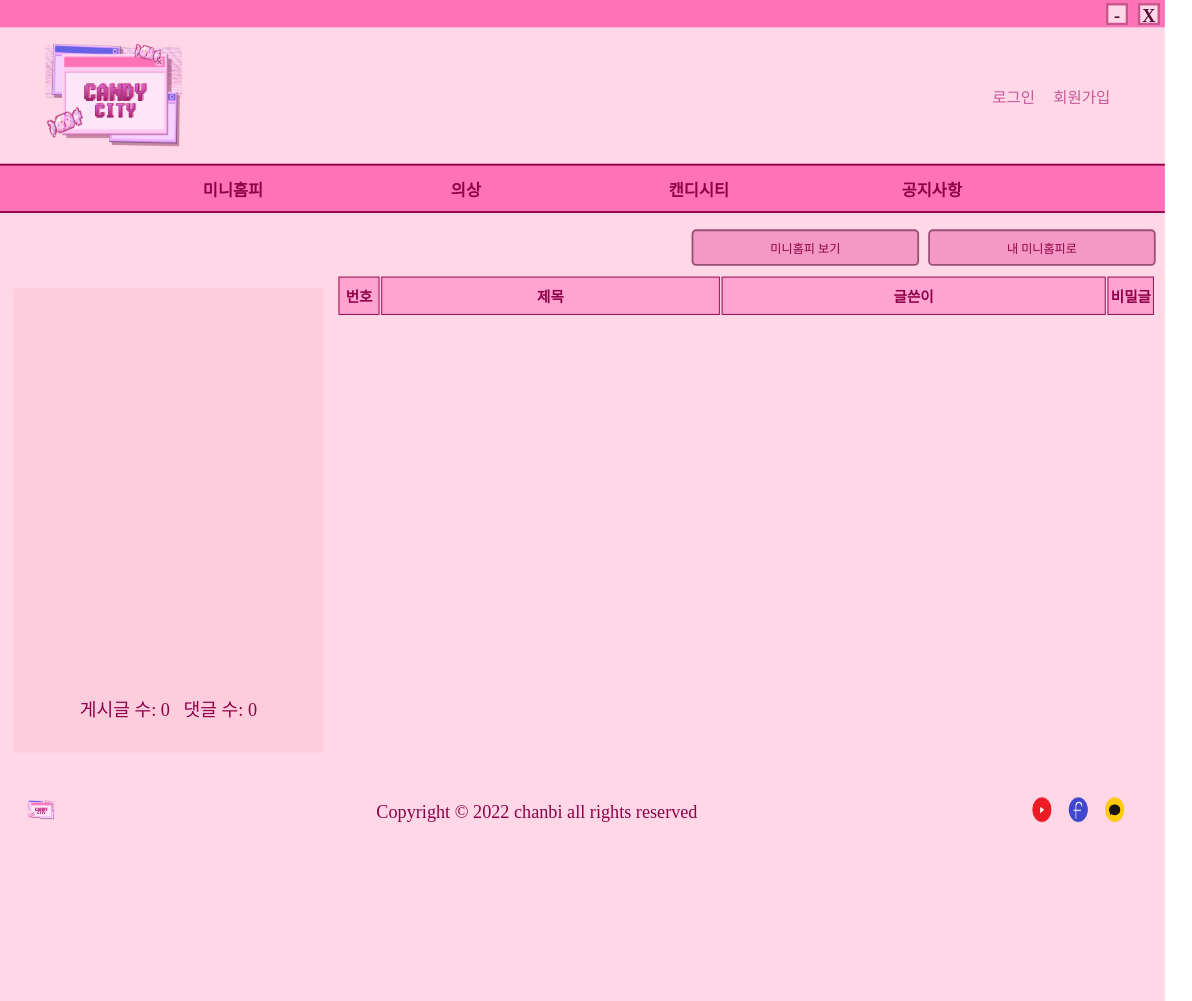
Repository: chanbiM/candyCityProject
Page: http://localhost/CandyCityProj/GetPostList
An editor plug-in stored every save of this project. The page is shown before and after the next save, followed by the edit.
The browser window is 1280 px wide. The page is 1310 px wide, so the pictures cover 1310 px, including what lies to the right of the window. The pictures show the whole page, at 91% of full size.
Some web fonts or font styles are not loaded; a fallback is used. The page is served by Tomcat 9. Other server files are loaded and not shown. Queries for data that is not in the repository find no rows.

Above is the page before, as saved 2022-11-18 08:22:35.

### CandyCityProj/WebContent/member/homepi/postList.jsp
<%@ page language="java" contentType="text/html; charset=UTF-8"
	pageEncoding="UTF-8"%>
<%@ include file="/header.jsp"%>
<link rel="stylesheet" href="/css/homepiStyle.css">
<link rel="stylesheet" href="/css/postListStyle.css">
<%
	MemberVO hompiData = (MemberVO) request.getAttribute("homepiUser");
%>
	        <!-- 미니홈피 보기-->
        <br>
			<!-- 버튼박스-->
			<div class="buttonBox">
			<button class="listBtn">
				<a href="#">미니홈피 보기</a>
			</button>

			<button class="listBtn">
				<a href="#">내 미니홈피로</a>
			</button>
			</div>

			<div class="character_info">
	<div class="info_character">
		<!-- 유저캐릭터 전신 삽입-->
	</div>

	<!--내 홈피일 경우-->
	<%
	if(vo == null) {
	%>
		<br><br><br><br>
		<p style="font-size: 20px;">게시글 수: <%= hompiData.getPostNum() %> &nbsp; 댓글 수: <%= hompiData.getCommentNum() %></p>
	<%
	} else {
	%>
		<% if(vo.getId().equals(hompiData.getId())) {%>
		<a href="#" style="color: #804d66;">캐릭터 설정</a><br> <br>
		<button id="post_btn">
			<a href="/member/post/insertPost.jsp">글쓰기</a>
		</button>
		<% } %>
		<p style="font-size: 16px;">게시글 수: <%= hompiData.getPostNum() %> &nbsp; 댓글 수: <%= hompiData.getCommentNum() %></p>
	<% } %>

</div>

			<!--대표 게시글 목록-->
			<table id="post_list">
				<tr>
					<th class="number">
						번호
					</th>

					<th class="title">
						제목
					</th>

					<th class="name">
						글쓴이
					</th>

					<th class="type">
						비밀글
					</th>
				</tr>


			</table>

<%@ include file="/footer.jsp"%>

### CandyCityProj/WebContent/header.jsp
<%@page import="vo.MemberVO"%>
<%@ page language="java" contentType="text/html; charset=UTF-8"
	pageEncoding="UTF-8"%>
<!DOCTYPE html>
<html>
<head>
<meta charset="UTF-8">
<title>Candy City</title>
<link rel="stylesheet" href="/css/mainStyle.css">
<script src="/js/jquery-3.1.1.min.js"></script>
</head>
<body>
	<div class="wrapper">
		<!-- 창 바 -->
		<div class="window">
			<button class="widow_btn" id="-_btn">-</button>
			<button class="widow_btn" id="x_btn">X</button>
		</div>

		<header>
			<!-- 로고 -->
			<div class="logo">
				<a href="/index.jsp"><img alt="로고" src="/images/logo.png"></a>
			</div>

			<!-- 기타 메뉴바 -->
			<div class="minimenu">

				<ul>
					<%
						MemberVO vo = (MemberVO) session.getAttribute("loginOK");
						if (vo == null) {
					%>
					<li><a href="/member/login.jsp">로그인</a></li>
					<li><a href="/member/insertMember.jsp">회원가입</a></li>
					<%
						} else {
					%>
					<li><a href="/member/myPage.jsp"><%=vo.getName()%>님</a></li>
					<li><a href="/logout"> 로그아웃 </a></li>
					<li><a href="/member/myPage.jsp">마이페이지</a></li>

					<%
						}
					%>
				</ul>

			</div>
		</header>

		<!-- 메뉴바 -->
		<nav>
			<ul class="mainmenu">
				<li><a href="/getHomepiList">미니홈피</a>
					<ul class="submenu">
					<%
						if (vo == null) {
					%>
						<li><a href="/member/login.jsp">내 미니홈피</a></li>
						<li><a href="/getHomepiList">미니홈피 목록</a></li>
					<%
						} else {
					%>

						<li><a href="/GetHomepi?id=<%= vo.getId() %>">내 미니홈피</a></li>
						<li><a href="/getHomepiList">미니홈피 목록</a></li>
					<%
						}
					%>
					</ul></li>

				<li><a href="#">의상</a>
					<ul class="submenu">
					<%
						if (vo == null) {
					%>
						<li><a href="/member/login.jsp">내 의상</a></li>
						<li><a href="/member/login.jsp">의상 상점</a></li>
						<li><a href="/member/login.jsp">의상 설정</a></li>
					<% } else {
					%>
						<li><a href="/getcCostumeList?id=<%= vo.getId() %>&name=<%= vo.getName() %>">내 의상</a></li>
						<li><a href="/getShopList?id=<%= vo.getId() %>">의상 상점</a></li>
						<li><a href="/characterSet">의상 설정</a></li>
					<%
					} %>
					</ul></li>

				<li><a href="/getCandyCityList">캔디시티</a>
					<ul class="submenu">
					</ul></li>

				<li><a href="/getNoticeList?type=E">공지사항</a>
					<ul class="submenu">
						<li><a href="/getNoticeList?type=E">이벤트</a></li>
						<li><a href="/getNoticeList?type=N">공지사항</a></li>
						<li><a href="/getNoticeList?type=R">당첨자 발표</a></li>
					</ul></li>

				<%
					MemberVO adminVo = (MemberVO) session.getAttribute("manager");
					if (adminVo != null) {
				%>
				<li><a href="/getUserList">관리자용 메뉴</a>
					<ul class="submenu">
						<li><a href="/getUserList">유저 리스트</a></li>
						<!-- <li><a href="#">문의글 확인</a></li>
						<li><a href="#">신고글 확인</a></li> -->
						<li><a href="/admin/noticeInsert.jsp">공지사항/이벤트 작성</a></li>
					</ul></li>
			<%
				}
			%>
			</ul>

		</nav>

### CandyCityProj/WebContent/footer.jsp
<%@ page language="java" contentType="text/html; charset=UTF-8"
    pageEncoding="UTF-8"%>
        <!-- 푸터 영역 -->
        <footer>
            <!-- 하단로고 -->
            <div>
                <a href="/index.jsp" class="logo">
                    <img src="/images/logo.png" alt="로고" >
                </a>
            </div>
            <!-- 카피라이트 -->
            <div class="copyright">
                <p> Copyright &copy; 2022 chanbi all rights reserved</p>
            </div>
            <!-- SNS -->
            <div>
                <ul class="sns">
                    <li><a href="https://www.youtube.com/@rorochanbi"><img src="/images/youtube.png" alt="유튜브" height="40"></a></li>
                    <li><a href="#"><img src="/images/facebook.png" alt="페이스북" height="40"></a></li>
                    <li><a href="https://open.kakao.com/o/s1olGebe"><img src="/images/kakao.png" alt="카카오톡" height="40"></a></li>
                </ul>
            </div>
        </footer>
    </div>
	<script src="/js/script.js"></script>
</body>
</html>

### CandyCityProj/src/controller/GetPostListController.java
package controller;

import java.io.IOException;
import java.io.PrintWriter;
import java.util.ArrayList;

import javax.servlet.ServletException;
import javax.servlet.annotation.WebServlet;
import javax.servlet.http.HttpServlet;
import javax.servlet.http.HttpServletRequest;
import javax.servlet.http.HttpServletResponse;

import dao.MemberDAO;
import dao.PostDAO;
import vo.MemberVO;
import vo.PostVO;

/**
 * Servlet implementation class GetPostList
 */
@WebServlet("/GetPostList")
public class GetPostListController extends HttpServlet {
	private static final long serialVersionUID = 1L;

	public GetPostListController() {
		super();
		// TODO Auto-generated constructor stub
	}

	protected void doGet(HttpServletRequest request, HttpServletResponse response)
			throws ServletException, IOException {
		response.setContentType("text/html; charset=UTF-8");
		request.setCharacterEncoding("UTF-8");
		PrintWriter out = response.getWriter();
		MemberDAO dao = new MemberDAO();
		PostDAO postDao = new PostDAO();

		String userId = request.getParameter("id");

		if (userId == null) {
			out.println("<script>alert('잘못된 경로입니다'); history.back(); </script>");
		}

		MemberVO homepiData = dao.getMemberInfo(userId);
		ArrayList<PostVO> postData = postDao.getPost(userId);

		if (homepiData.getId() == null) {
			out.println("<script>alert('해당 유저를 찾을 수 없습니다'); history.back(); </script>");
		}

		request.setAttribute("homepiUser", homepiData);
		request.setAttribute("postData", postData);

		request.getRequestDispatcher("/member/homepi/postList.jsp").forward(request, response);
	}


	protected void doPost(HttpServletRequest request, HttpServletResponse response)
			throws ServletException, IOException {
		// TODO Auto-generated method stub
		doGet(request, response);
	}

}

### CandyCityProj/src/dao/PostDAO.java
package dao;


import java.sql.Connection;
import java.sql.PreparedStatement;
import java.sql.ResultSet;
import java.sql.SQLException;
import java.util.ArrayList;

import common.JdbcUtill;
import vo.MemberVO;
import vo.PostVO;

public class PostDAO {
	//게시글 작성
	public int insertPost(PostVO postVo, MemberVO memberVo) {
		int n = 0;

		Connection conn = null;
		PreparedStatement pstmt = null;
		String sql = "insert into post values('post-'||post_seq.nextval,?,SYSDATE,?,?,?,'',NULL)";

		conn = JdbcUtill.getConnection();

		try {
			pstmt = conn.prepareStatement(sql);

			pstmt.setString(1, memberVo.getId());
			pstmt.setString(2, postVo.getTitle());
			pstmt.setString(3, postVo.getContents());
			pstmt.setString(4, postVo.getCommentO());


			n = pstmt.executeUpdate();

		} catch (SQLException e) {
			// TODO Auto-generated catch block
			e.printStackTrace();
		} finally {
			JdbcUtill.close(conn, pstmt);
		}

		return n;
	}

	//게시글 수 업데이트
		public int updatePostNum(String id) {
			int n = 0;
			Connection conn = null;
			PreparedStatement pstmt = null;
			String sql = "update member set post_num=post_num+1 where id=?";

			try {
				conn = JdbcUtill.getConnection();
				pstmt = conn.prepareStatement(sql);
				pstmt.setString(1, id);

				n = pstmt.executeUpdate();
			} catch (Exception e) {
				e.printStackTrace();
			} finally {
				JdbcUtill.close(conn, pstmt);
			}
			return n;
		}

		//대표게시글 불러오기
		public ArrayList<PostVO> getRepresentativePost(String id){
			ArrayList<PostVO> list = new ArrayList<PostVO>();
			Connection conn = null;
			PreparedStatement pstmt = null;
			ResultSet rs = null;
			String sql = "select ROWNUM, a.* " +
					"from (SELECT post_code, id, write_date, title, contents, comment_o, update_date, post_type " +
					"FROM post " +
					"where id=?" +
					"ORDER BY post_code desc) a " +
					"where ROWNUM <= 1";

			try {
				conn = JdbcUtill.getConnection();
				pstmt = conn.prepareStatement(sql);
				pstmt.setString(1, id);

				rs = pstmt.executeQuery();

				while (rs.next()) {
					PostVO vo = new PostVO();
					vo.setPostCode(rs.getString("post_code"));
					vo.setId(rs.getString("id"));
					vo.setWriteDate(rs.getDate("write_date"));
					vo.setTitle(rs.getString("title"));
					vo.setContents(rs.getString("contents"));
					vo.setCommentO(rs.getString("comment_o"));
					vo.setUpdateDate(rs.getDate("update_date"));
					vo.setPostType(rs.getString("post_type"));

					list.add(vo);
				}

			} catch (SQLException e) {
				e.printStackTrace();
				System.out.println("테이블 데이터 조회 실패");
			} finally {
				 JdbcUtill.close(conn, pstmt, rs);
			}
			return list;
		}

		//홈피 포스트 게시글 목록 조회
		public ArrayList<PostVO> getPost(String id){
			ArrayList<PostVO> list = new ArrayList<PostVO>();
			Connection conn = null;
			PreparedStatement pstmt = null;
			ResultSet rs = null;
			String sql = "select * from post where id=? ORDER BY post_code desc";

			try {
				conn = JdbcUtill.getConnection();
				pstmt = conn.prepareStatement(sql);
				pstmt.setString(1, id);

				rs = pstmt.executeQuery();

				while (rs.next()) {
					PostVO vo = new PostVO();
					vo.setPostCode(rs.getString("post_code"));
					vo.setId(rs.getString("id"));
					vo.setWriteDate(rs.getDate("write_date"));
					vo.setTitle(rs.getString("title"));
					vo.setContents(rs.getString("contents"));
					vo.setCommentO(rs.getString("comment_o"));
					vo.setUpdateDate(rs.getDate("update_date"));
					vo.setPostType(rs.getString("post_type"));

					list.add(vo);
				}

			} catch (SQLException e) {
				e.printStackTrace();
				System.out.println("테이블 데이터 조회 실패");
			} finally {
				 JdbcUtill.close(conn, pstmt, rs);
			}
			return list;
		}

		//검색
		public ArrayList<PostVO> getSearchHomepiPost(String key, MemberVO homepiData){
			ArrayList<PostVO> list = new ArrayList<PostVO>();
			Connection conn = null;
			PreparedStatement pstmt = null;
			ResultSet rs = null;
			String sql;
			String str = "%" + key + "%";

			conn = JdbcUtill.getConnection();


			try {
				if (key.equals("all")) {
					sql = "select * from post where id=? order by 1 desc";
					pstmt = conn.prepareStatement(sql);
					pstmt.setString(1, homepiData.getId());

				} else {
					sql = "select * from post where id=? AND (title like ? OR contents like ?) order by 1 desc";
					pstmt = conn.prepareStatement(sql);
					pstmt.setString(1, homepiData.getId());
					pstmt.setString(2, str);
					pstmt.setString(3, str);
				}

				rs = pstmt.executeQuery();

				while (rs.next()) {
					PostVO vo = new PostVO();
					vo.setPostCode(rs.getString("post_code"));
					vo.setId(rs.getString("id"));
					vo.setWriteDate(rs.getDate("write_date"));
					vo.setTitle(rs.getString("title"));
					vo.setContents(rs.getString("contents"));
					vo.setCommentO(rs.getString("comment_o"));
					vo.setUpdateDate(rs.getDate("update_date"));
					vo.setPostType(rs.getString("post_type"));

					list.add(vo);
				}

			} catch (SQLException e) {
				e.printStackTrace();
				System.out.println("테이블 데이터 조회 실패");
			} finally {
				 JdbcUtill.close(conn, pstmt, rs);
			}

			return list;
		}

		//게시글 내용 조회
		public PostVO getPostInfo(String homepiId, String PostCode) {
			Connection conn = null;
			PreparedStatement pstmt = null;
			ResultSet rs = null;
			String sql = "select * from post where id=? and post_code=?";
			PostVO result = new PostVO();

			conn = JdbcUtill.getConnection();
			try {
				pstmt = conn.prepareStatement(sql);
				pstmt.setString(1, homepiId);
				pstmt.setString(2, PostCode);

				rs = pstmt.executeQuery();

				if(rs.next()) {
					result.setPostCode(rs.getString("post_code"));
					result.setTitle(rs.getString("title"));
					result.setContents(rs.getString("contents"));
					result.setId(rs.getString("id"));
					result.setUpdateDate(rs.getDate("update_date"));
					result.setWriteDate(rs.getDate("write_date"));
					result.setCommentO(rs.getString("comment_o"));
				}

			} catch (Exception e) {
				e.printStackTrace();
			} finally {
				JdbcUtill.close(conn, pstmt, rs);
			}

			return result;
		}

		//캔디 업데이트
		public int updateCandyNum(String id) {
			int n = 0;
			Connection conn = null;
			PreparedStatement pstmt = null;
			String sql = "update member set candy=candy+1 where id=?";

			try {
				conn = JdbcUtill.getConnection();
				pstmt = conn.prepareStatement(sql);
				pstmt.setString(1, id);

				n = pstmt.executeUpdate();
			} catch (Exception e) {
				e.printStackTrace();
			} finally {
				JdbcUtill.close(conn, pstmt);
			}
			return n;
		}

		//게시글 삭제
		public int deletePost(String postCode) {
			int n = 0;
			Connection conn = null;
			PreparedStatement pstmt = null;
			String sql = "delete post where post_code=?";

			try {
				conn = JdbcUtill.getConnection();
				pstmt = conn.prepareStatement(sql);
				pstmt.setString(1, postCode);

				n = pstmt.executeUpdate();
			} catch (Exception e) {
				e.printStackTrace();
			} finally {
				JdbcUtill.close(conn, pstmt);
			}
			return n;
		}
		//게시글 수 조정
		public int updateMinusPostNum(String id) {
			int n = 0;
			Connection conn = null;
			PreparedStatement pstmt = null;
			String sql = "update member set post_num=post_num-1 where id=?";

			try {
				conn = JdbcUtill.getConnection();
				pstmt = conn.prepareStatement(sql);
				pstmt.setString(1, id);

				n = pstmt.executeUpdate();
			} catch (Exception e) {
				e.printStackTrace();
			} finally {
				JdbcUtill.close(conn, pstmt);
			}
			return n;
		}

}

### CandyCityProj/src/vo/MemberVO.java
package vo;

import java.sql.Date;

import oracle.sql.DATE;

public class MemberVO {
	private String id;
	private String pwd;
	private String name;
	private String gender;
	private int join_num;
	private int candy;
	private int postNum;
	private int commentNum;
	private String manager;
	private String introduce;

	private Date joinDate;
	private Date loginDate;

	public Date getJoinDate() {
		return joinDate;
	}

	public void setJoinDate(Date joinDate) {
		this.joinDate = joinDate;
	}

	public Date getLoginDate() {
		return loginDate;
	}

	public void setLoginDate(Date loginDate) {
		this.loginDate = loginDate;
	}

	public String getIntroduce() {
		return introduce;
	}

	public void setIntroduce(String introduce) {
		this.introduce = introduce;
	}

	public MemberVO() {
	}

	public String getId() {
		return id;
	}

	public void setId(String id) {
		this.id = id;
	}

	public String getPwd() {
		return pwd;
	}

	public void setPwd(String pwd) {
		this.pwd = pwd;
	}

	public String getName() {
		return name;
	}

	public void setName(String name) {
		this.name = name;
	}

	public String getGender() {
		return gender;
	}

	public void setGender(String gender) {
		this.gender = gender;
	}

	public int getJoin_num() {
		return join_num;
	}

	public void setJoin_num(int join_num) {
		this.join_num = join_num;
	}

	public int getCandy() {
		return candy;
	}

	public void setCandy(int candy) {
		this.candy = candy;
	}

	public int getPostNum() {
		return postNum;
	}

	public void setPostNum(int postNum) {
		this.postNum = postNum;
	}

	public int getCommentNum() {
		return commentNum;
	}

	public void setCommentNum(int commentNum) {
		this.commentNum = commentNum;
	}

	public String getManager() {
		return manager;
	}

	public void setManager(String manager) {
		this.manager = manager;
	}

}

### CandyCityProj/src/common/JdbcUtill.java
package common;

import java.sql.Connection;
import java.sql.DriverManager;
import java.sql.PreparedStatement;
import java.sql.ResultSet;

public class JdbcUtill {
	public static Connection getConnection() {
		Connection conn = null;

		try {
			Class.forName("oracle.jdbc.driver.OracleDriver");
			conn = DriverManager.getConnection("jdbc:oracle:thin:@localhost:1521:xe", "hr", "hr");
		} catch (Exception e) {
			System.out.println("DB 연결 실패");
			e.printStackTrace();
		}
		return conn;
	}

	public static void close(Connection conn, PreparedStatement pstmt) {
		if (pstmt!= null) {
			try {
				pstmt.close();
			} catch (Exception e) {
				// TODO: handle exception
				System.out.println("pstmt.close() 실패");
			}
		}

		if(conn != null) {
			try {
				conn.close();
			} catch (Exception e) {
				// TODO: handle exception
				System.out.println("conn.close() 실패");
				e.printStackTrace();
			}
		}
	}

	public static void close(Connection conn, PreparedStatement pstmt, ResultSet rs) {
		if(rs != null) {
			try {
				rs.close();
			} catch (Exception e) {
				// TODO: handle exception
				System.out.println("rs.close() ����");
				e.printStackTrace();
			}
		}
		close(conn, pstmt);
	}


}

### CandyCityProj/WebContent/css/homepiStyle.css
body {
    -ms-overflow-style: none;
}

a:hover {
	cursor: pointer;
}
body::-webkit-scrollbar {
    display: none;
}
.wrapper {
	min-height: 1100px;
}

.member_info {
    width: 95%;
    background-color: #fecddd;
    height: 150px;
    margin: auto;
    padding: 20px;
}

.member_info li{
	height: 100%;
}
.member_info ul {
    display: flex;
    justify-content: space-evenly;
    align-items: center;
    height: 100%;
}

.profile_char img{
    width: 150px;
    height: 150px;
    background-color: rgb(164, 111, 130);
    border-radius: 20px;
}

.info {
    width: 800px;
}

#homepi_info {
    width: 150px;
    height: 40px;
    margin-top: 100px;
    background-color: #ca6497;
    color: #fff1f1;
    border: 2px #9a4f74 solid;
    border-radius: 5px;
}

#homepi_info:hover {
    background-color: #943464;
    color: #d5c8c8;
    cursor: pointer;
    transition: background-color 0.2s, color 0.2s;
}

input:focus {outline: none;}

input::placeholder {
    color: #7e3b5d;
}

.character_info {
    float: left;
    width: 300px;
    background-color: #fecddd;
    height: 470px;
    margin: 15px;
    padding: 20px;
    text-align: center;
}

.info_character {
    width: 280px;
    border-radius: 20px;
    height: 350px;
    display: flex;
    margin: auto;
    margin-bottom: 5px;
}

.info_character img {
	width: 300px;
	height: 400px;
	position: absolute;
}

#post_btn {
    width: 250px;
    height: 40px;
    margin-bottom: 10px;
    background-color: #ca6497;
    color: #fff1f1;
    border: 2px #9a4f74 solid;
    border-radius: 5px;
}
#post_btn:hover {
    background-color: #943464;
    color: #d5c8c8;
    cursor: pointer;
    transition: background-color 0.2s, color 0.2s;
}

.post_search {
    margin: 15px;

}

input[type="text"]{
   width: 65%;
   height: 50px;

    font-size: 25px;
    padding-left: 5px;
    /*border: #811b4e 2px solid;*/
    border: 2px solid #943464;
    background-color: rgb(255, 255, 255);
  }

  input[type="submit"]{
    width: 5%;
    height: 56px;
    background-color: #ca6497;
    color: #fff1f1;
    border: 2px #9a4f74 solid;
  }
  input[type="submit"]:hover {
    background-color: #943464;
    color: #d5c8c8;
    cursor: pointer;
    transition: background-color 0.2s, color 0.2s;
}

.representative_post {
    border: 2px solid #943464;

    width: 66%;
    height: 750px;
    display: inline-block;
    padding: 20px;
}
#post_content {
    height: 370px;
}
#post_list {
    display: flex;
    align-items: flex-end;
    justify-content: flex-end;
}
#post_list button{
    background-color: #ca6497;
    color: #fff1f1;
    border: 2px #9a4f74 solid;
    width: 200px;
    height: 40px;
}



#post_list button:hover {
    background-color: #943464;
    color: #d5c8c8;
    cursor: pointer;
    transition: background-color 0.2s, color 0.2s;
}

hr {
    width: 100%;
    text-align: center;
    margin: auto;

	height : 1px;
    border: 0;
	background-color : #811b4e;
}

.post {
    border: 2px solid #943464;

    width: 66%;
    height: 750px;
    display: inline-block;
    padding: 20px;
}

.title {
	margin: 0px;
}

.notice {
	border: 2px solid #943464;

    width: 1180px;
    height: 750px;
    padding: 20px;
    margin: 30px;
}

#notice_content {
	height: 600px;
}

#notice_list {
    display: flex;
    justify-content: flex-end;
    margin-right: 30px;
}
#notice_list button{
    background-color: #ca6497;
    color: #fff1f1;
    border: 2px #9a4f74 solid;
    width: 200px;
    height: 40px;
}


.head {
	z-index: 60;
}

.eyes {
	z-index: 59;
}

.body {
	z-index: 61;
}

.shoes {
	z-index: 58;
}

.character {
	z-index: 50;

}

### CandyCityProj/WebContent/css/postListStyle.css
#post_list {
    width: 900px;
    display: flex;
    justify-content: center;

}

th {
	background-color: #ffa4d1;
}


td, th, tr {
	text-align: center;
    border: 1px solid;
    height: 40px;
    overflow: hidden;
}

.number {
    width: 70px;
}

.title {
    width: 700px;
}
.date {
	width: 300px;
}
.end {
	width: 250px;
}
.type {
    width: 80px;
}

.name {
	width: 800px;
}

.joinDate {
	width: 400px;
}

.loginDate {
	width: 400px;
}

.buttonBox {
	width: 100%;
    display: flex;
    justify-content: flex-end;

}

.listBtn {
	margin-right: 10px;
	margin-bottom: 20px;
	width: 250px;
    height: 40px;
    margin-bottom: 10px;
    background-color: #f499c5;
    border: 2px #9a4f74 solid;
    border-radius: 5px;
}

.listBtn:hover {
    background-color: #943464;
    color: #d5c8c8;
    cursor: pointer;
    transition: background-color 0.2s, color 0.2s;
}

h2 {
	margin-left: 20px;
	margin-top: 10px;
}

.homepiList {
	margin: auto;

}

.nickName {
	width: 1200px;
}

.candyCity {
	width: 100%;
	height: 400px;
	margin-bottom: 30px;
	display: flex;
}

.char img {
	margin-top: 20px;
	position: absolute;
}


#candy_back{
	position: absolute;
}

.mainList {
	width: 100%;
	display: flex;
	flex-wrap:wrap;
}

h3 {
	margin-top: 100px;
	text-align: center;
	margin-bottom: 150px;
}
.mainList li {
	width: 20%;
	display: flex;
	justify-content: center;



}

.subList {
	width: 100%;
	height: 300px;
	align-items: center;

}

.subList li{
	width: 100%;
	text-align: center;
	overflow: hidden;
	height: 300px;
}

.char_name {
	height: 50px;
	z-index: 70;
}

Loaded but not shown: CandyCityProj/WebContent/js/jquery-3.1.1.min.js (library); CandyCityProj/WebContent/js/script.js (73 lines, source omitted); CandyCityProj/src/dao/MemberDAO.java (382 lines, source omitted); CandyCityProj/WebContent/css/mainStyle.css (514 lines, source omitted)

After the next save:
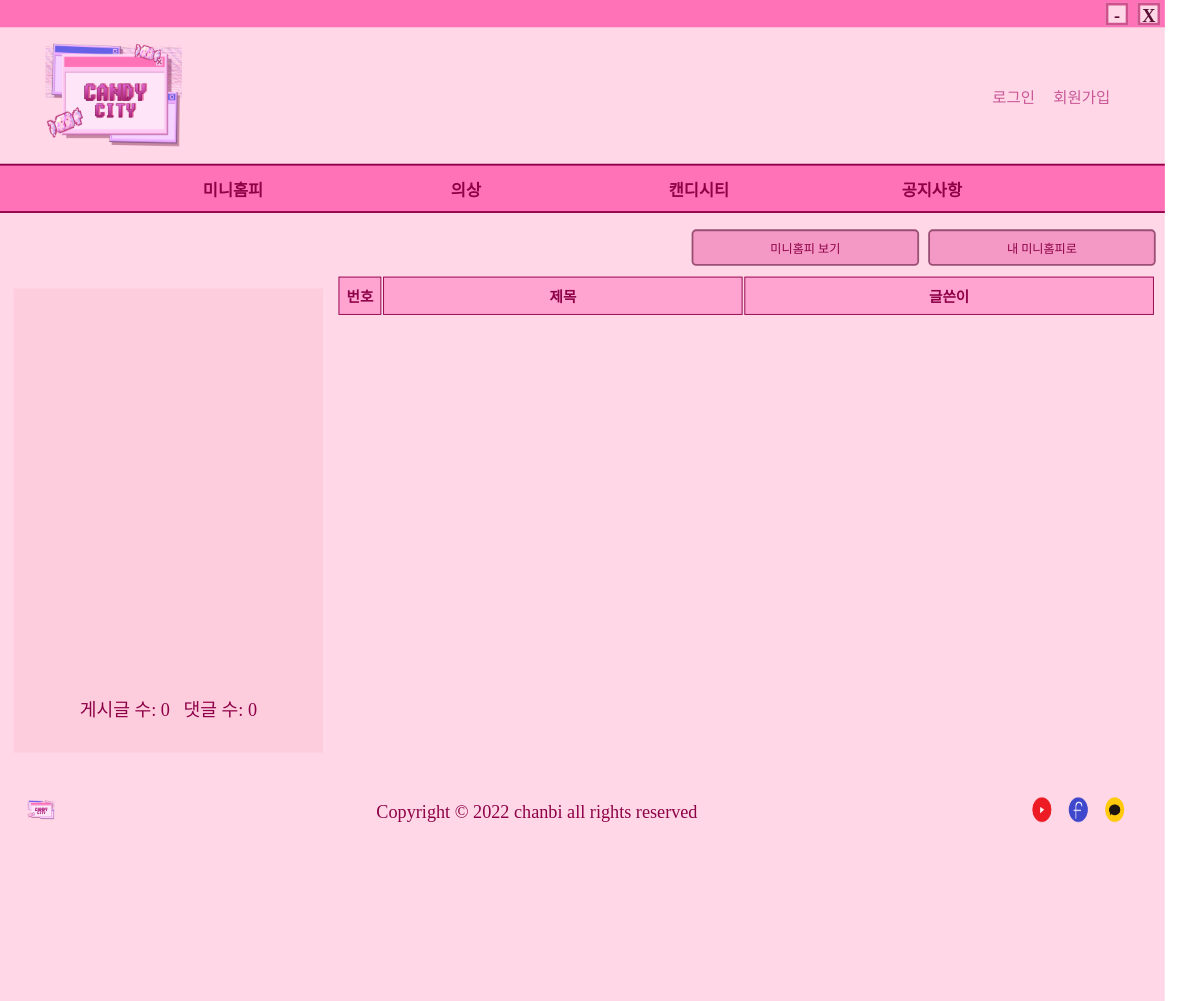
Saved 35 s later.
--- a/CandyCityProj/WebContent/member/homepi/postList.jsp
+++ b/CandyCityProj/WebContent/member/homepi/postList.jsp
@@ -58,10 +58,6 @@
 					<th class="name">
 						글쓴이
 					</th>
-
-					<th class="type">
-						비밀글
-					</th>
 				</tr>
 
 
